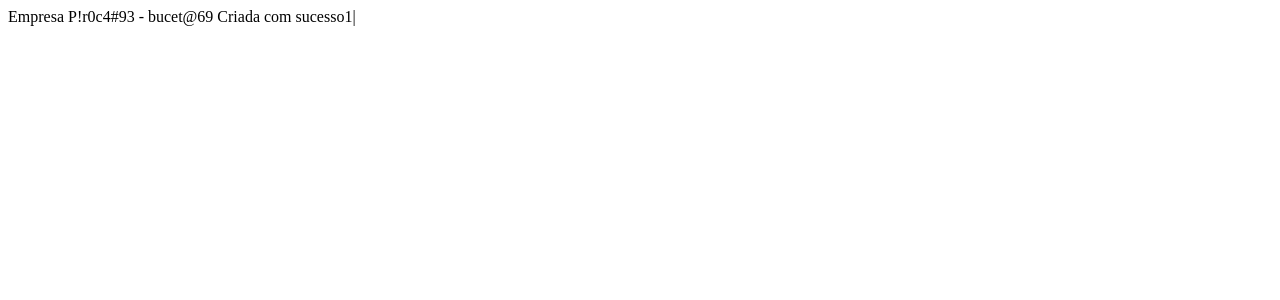
Repository: lcarlin/Alura_Java_Path_learning
Page: http://localhost/gerenciador/novaEmpresaCriada.jsp
The author's editor kept a copy of each file at every save. The page is drawn from the files as they stood at one save, then again after the next save.
The browser window is 1280 px wide. The pictures show the whole page.
The page is served by Tomcat 9.

Above is the page before, as saved 2020-08-13 17:21:32.

After the next save:
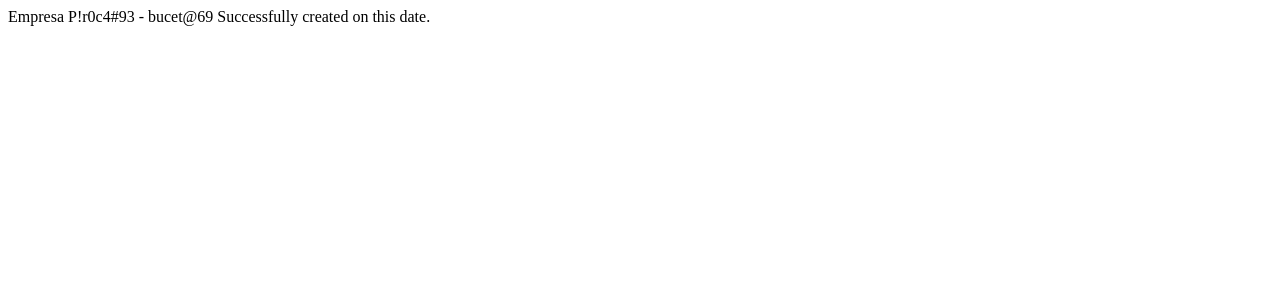
Saved 3 min 17 s later.
--- a/gerenciador/WebContent/novaEmpresaCriada.jsp
+++ b/gerenciador/WebContent/novaEmpresaCriada.jsp
@@ -4,6 +4,9 @@ System.out.println(nomeEmpresa);
 %>
 <html>
 	<body>
-		Empresa <% out.println(nomeEmpresa); %> Criada com sucesso1|
+	<!--
+		 Empresa <% out.println(nomeEmpresa); %> Criada com sucesso1|
+	 -->
+	 Empresa <%= nomeEmpresa %> Successfully created on this date.
 	</body>
 </html>
